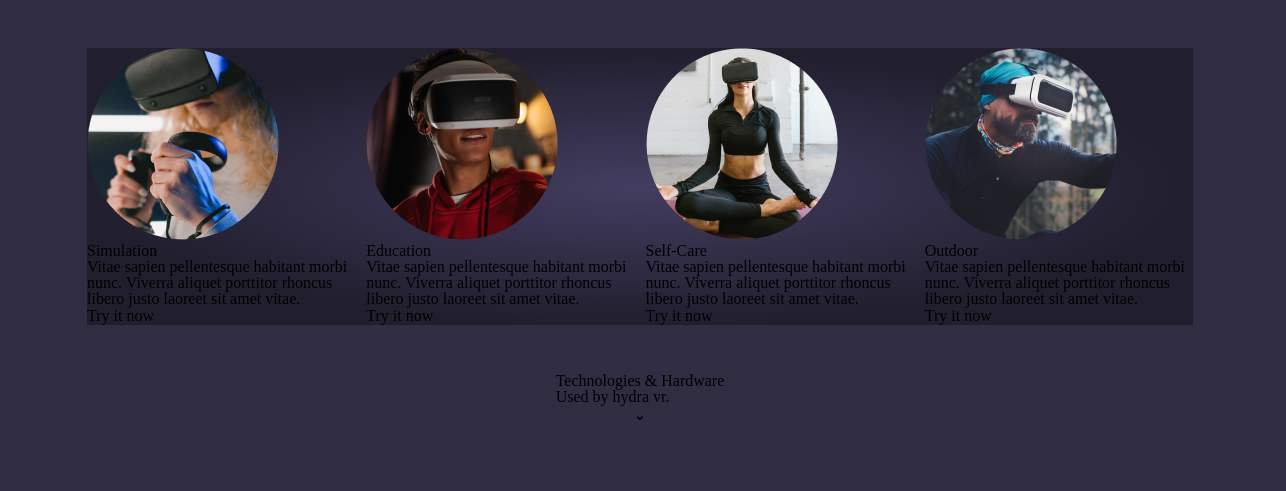
Repository: xMargi/Hydra-LandingPage
Page: index.html
An editor plug-in stored every save of this project. The page is shown before and after the next save, followed by the edit.
The browser window is 1280 px wide. The page is 1280 px wide, then 1286 px, so the pictures cover 1286 px, including what lies to the right of the window. The pictures show the whole page.

Above is the page before, as saved 2023-06-07 20:06:40.

After the next save:
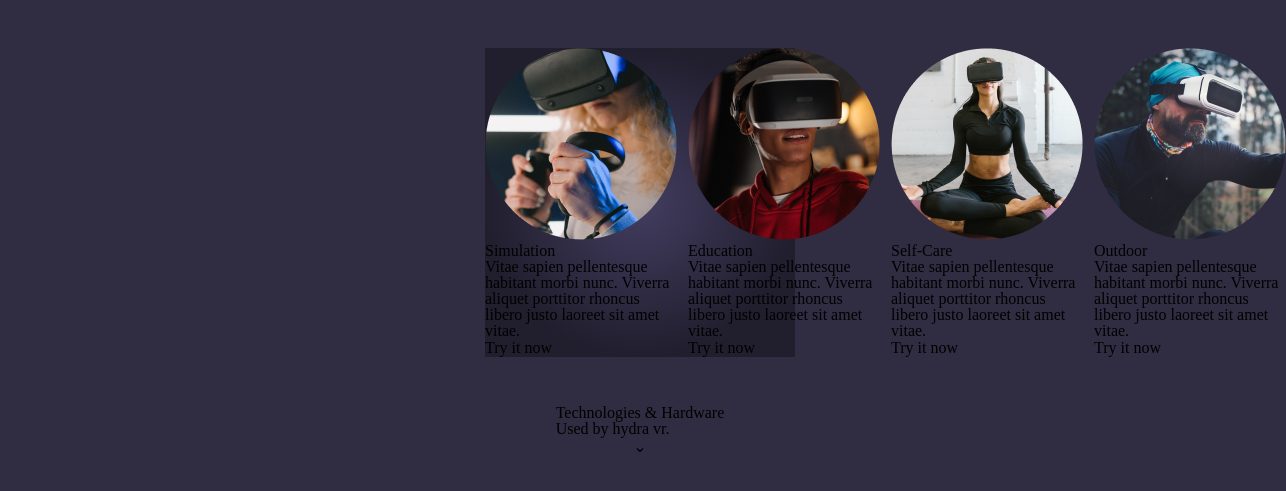
Saved 17 s later.
--- a/style.css
+++ b/style.css
@@ -25,5 +25,5 @@ body{
     display: flex;
     background: var(--cor-cartao);
     gap: 0.6875rem;
-
+    width: 310px;
 }
